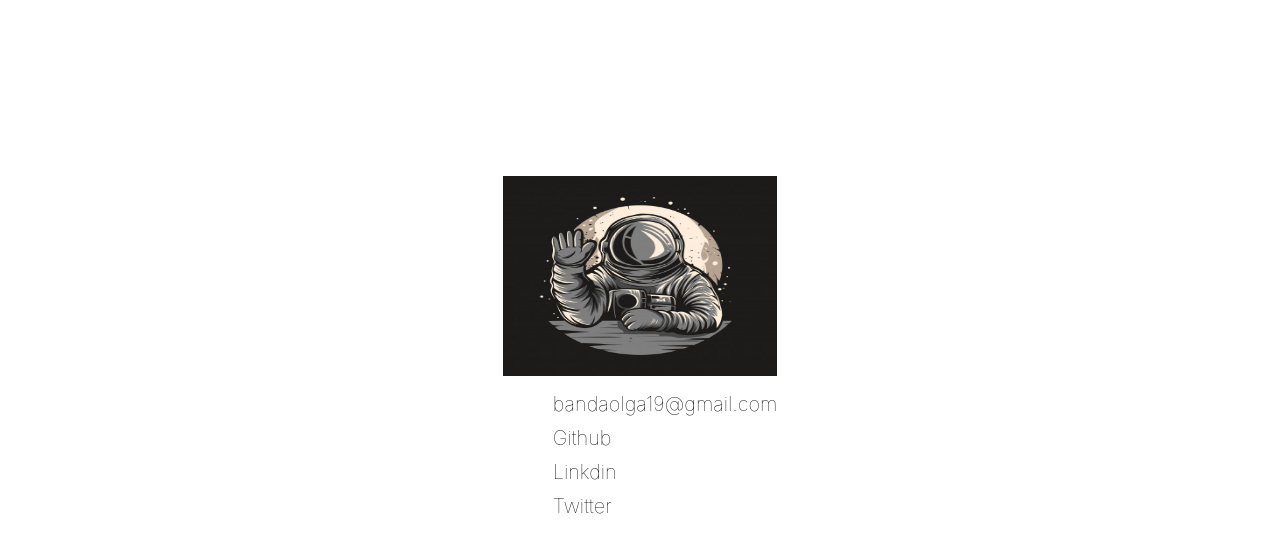
Repository: G1ft-Banda/My-portfolio-Website
Page: /
These files come from the project's save history. The page is drawn as it stood at one moment and after the next save; the edit follows.
The browser window is 1280 px wide. The pictures show the whole page.
The project was rebuilt for these pictures with package versions that can differ from the ones it lists, and the page was loaded fresh each time. The framework's server and built-in components were replaced by stand-ins that run in the browser. Also part of the build but not shown: next.config.js.

Above is the page before, as saved 2022-09-29 10:59:40.

After the next save:
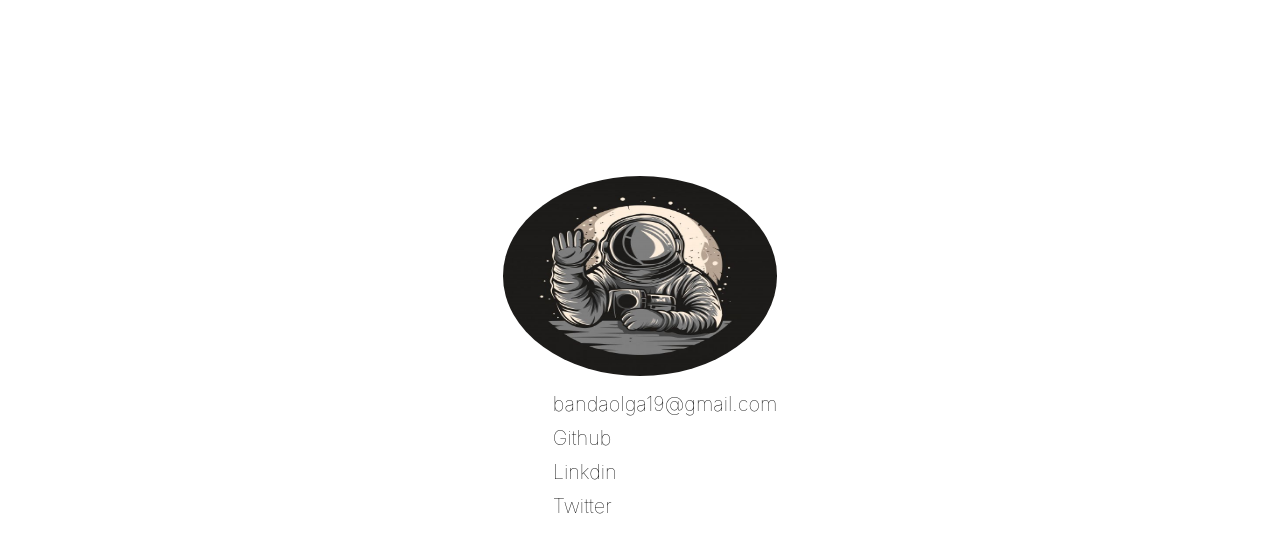
Saved 31 s later.
--- a/styles/globals.css
+++ b/styles/globals.css
@@ -23,7 +23,7 @@ main {
 }
 
 .avatar {
-  width: auto;
+  border-radius: 50%;
 }
 
 .social-links {
